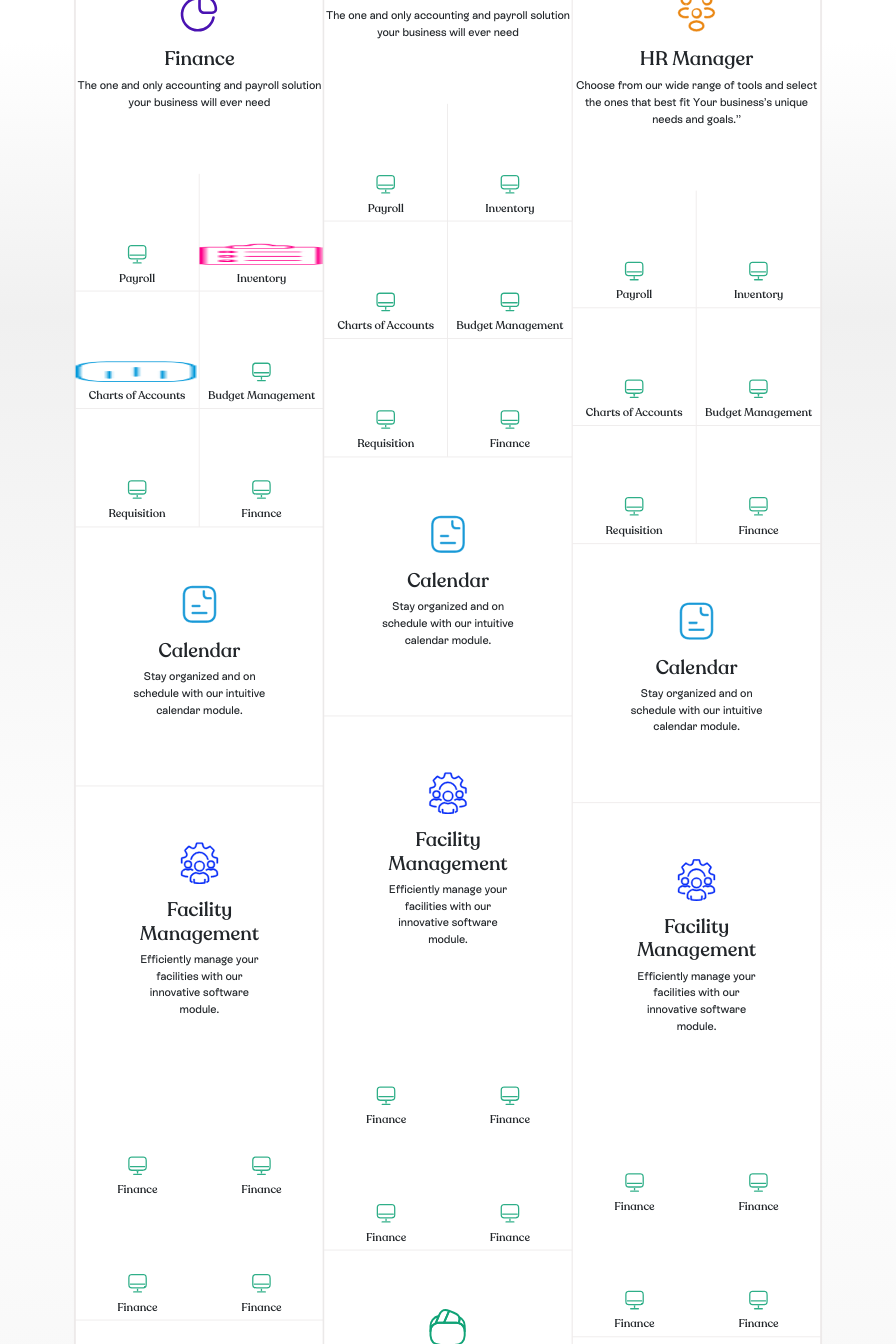
Repository: sarahnnanyelugo/educare-web
Page: /
An editor plug-in stored every save of this project. The page is shown before and after the next save, followed by the edit.
The browser window is 1280 px wide. The pictures show the part of the page from y = 3195 to 5115 px (the page is 7665 px tall), at 70% of full size.
The project was rebuilt for these pictures with package versions that can differ from the ones it lists, and the page was loaded fresh each time.

Above is the page before, as saved 2023-04-07 01:17:15.

After the next save:
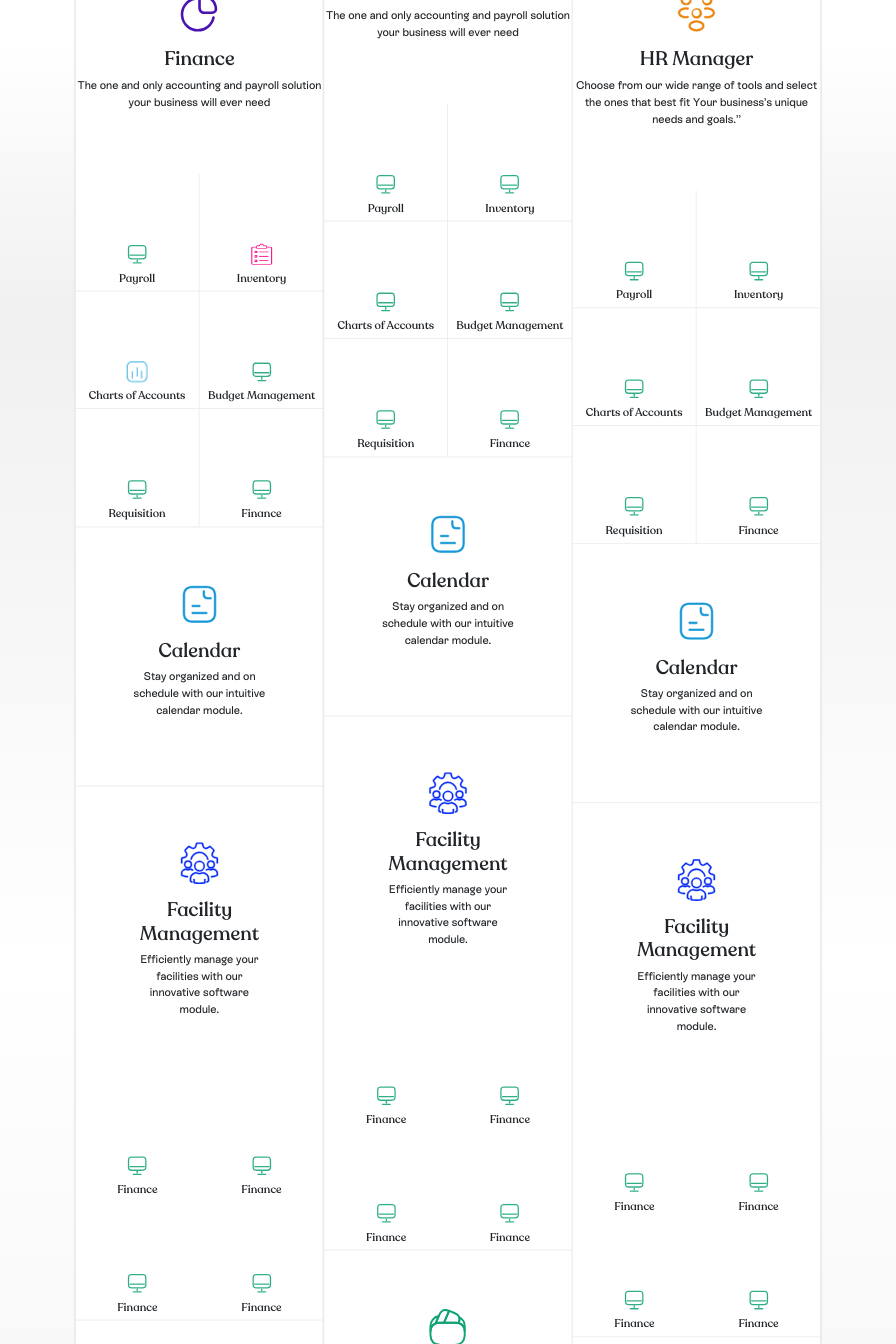
Saved 12 s later.
--- a/src/pages/Home/OtherEducareProducts/other-products.scss
+++ b/src/pages/Home/OtherEducareProducts/other-products.scss
@@ -1,6 +1,7 @@
 .other-products-container {
   img {
     height: 30px !important;
+    width: 30px !important;
     margin-bottom: 10px;
   }
 }
